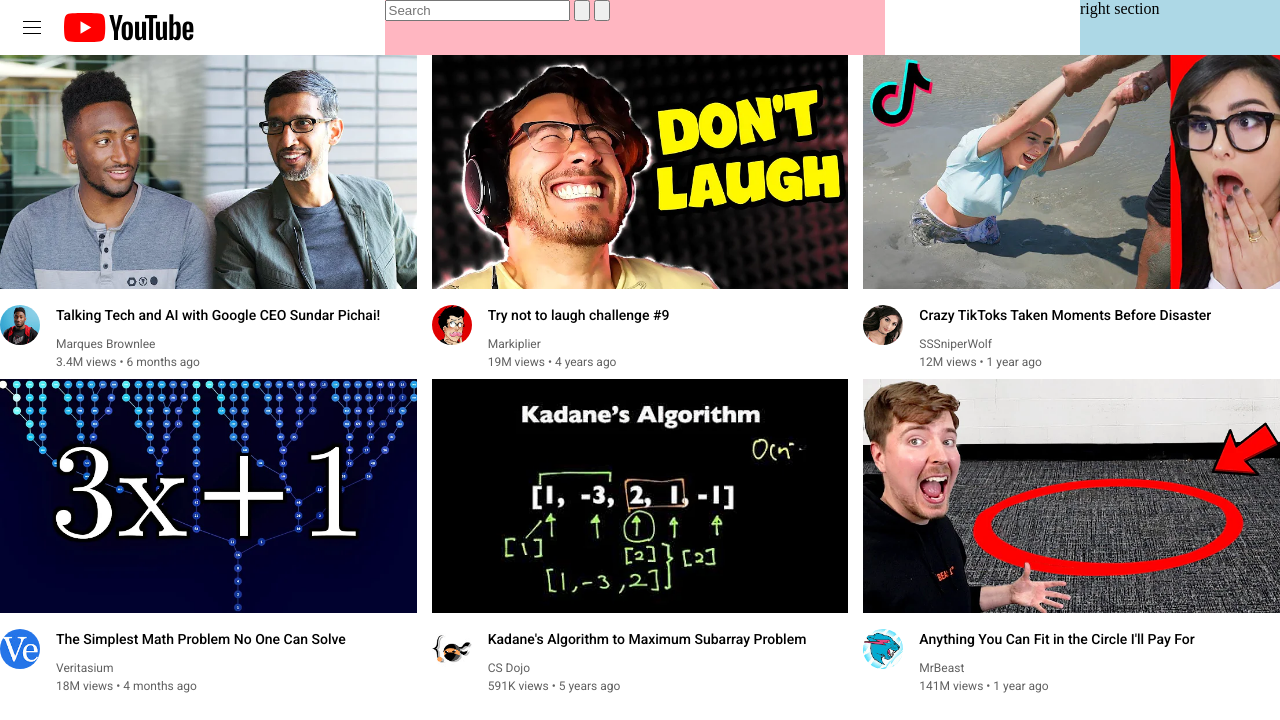
Repository: idahcarts-ux/html-css
Page: youtube.html
These files come from the project's save history. The page is drawn as it stood at one moment and after a run of saves; the edit follows.
The browser window is 1280 px wide. The pictures show the whole page.

Above is the page before, as saved 2025-11-19 17:04:19.

After the next 2 saves:
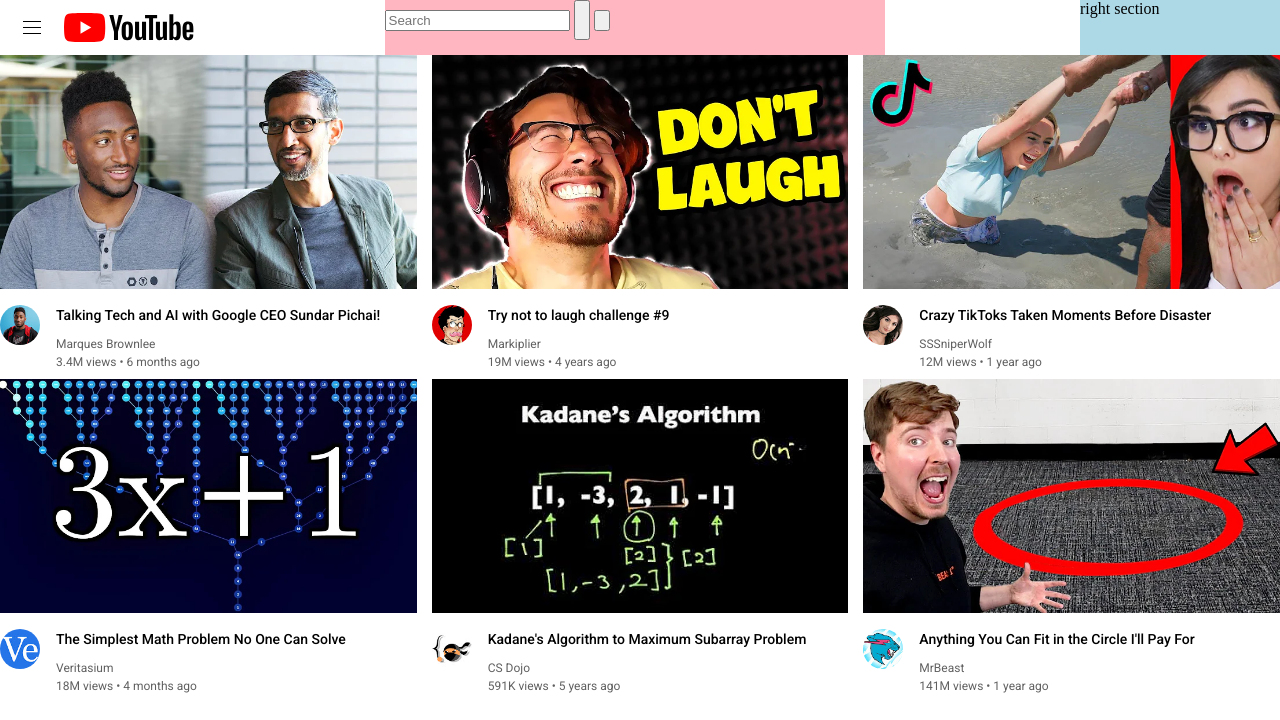
The 2 saves are shown as one change because they came seconds apart.
The last was saved 6 s later.
--- a/styles/header.css
+++ b/styles/header.css
@@ -35,7 +35,7 @@
     max-width:500px;
   }
   .search-button {
-    height:
+    height:40px;
   }
   .right-section {
     background-color: lightblue;
